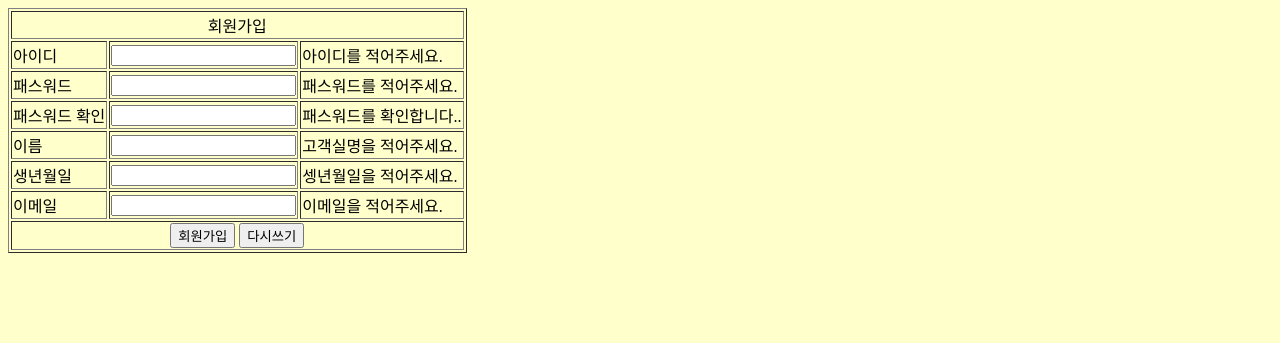
Repository: Chaelin02/2-_JSP
Page: http://localhost/BasicJSP/jdbc07/member_2312.jsp
These files come from the project's save history. The page is drawn as it stood at one moment and after the next save; the edit follows.
The browser window is 1280 px wide. The pictures show the whole page.
The page is served by Tomcat 9. Other server files are loaded and not shown.

Above is the page before, as saved 2019-06-24 01:59:14.

### BasicJSP/WebContent/jdbc07/member_2312.jsp
<%@ page language="java" contentType="text/html; charset=UTF-8"
    pageEncoding="UTF-8"%>
<!DOCTYPE html>
<html>
<head>
<meta charset="UTF-8">
<title>Insert title here</title>
</head>
<body bgcolor="#ffffcc">
	<form method="post" action=memberPro.jsp>
<table border='1'>
	<tr width=300>
	<td colspan=3>
	<center>
		회원가입
	</center>
	</td>
	<tr>
		<td>아이디</td>
		<td><input type="text"  name="id"></td>
		<td>아이디를 적어주세요.</td>
	</tr>
	<tr>
		<td>패스워드 </td>
		<td><input type="password" name="password"></td>
		<td>패스워드를 적어주세요.</td>
	</tr>
	<tr>
		<td>패스워드 확인</td>
		<td><input type="password" width=10 name="password_OK"></td>
		<td>패스워드를 확인합니다..</td>
	</tr>
	<tr>
		<td>이름</td>
		<td> <input type="text" name="name"></td>
		<td>고객실명을 적어주세요.</td>
	</tr>
	<tr>
		<td>생년월일</td>
		<td><input type="text" name="birthday"></td>
		<td>셍년월일을 적어주세요.</td>
	</tr>
	<tr>
		<td>이메일 </td>
		<td><input type="text" name="email"></td>
		<td>이메일을 적어주세요.</td>
	</tr>
<tr width=300>
	<td colspan=3>
	<center>
		<input type = "submit" value="회원가입">
		<input type = "reset" value="다시쓰기">
	</center>
	</td>

</table>

</body>
</html>

After the next save:
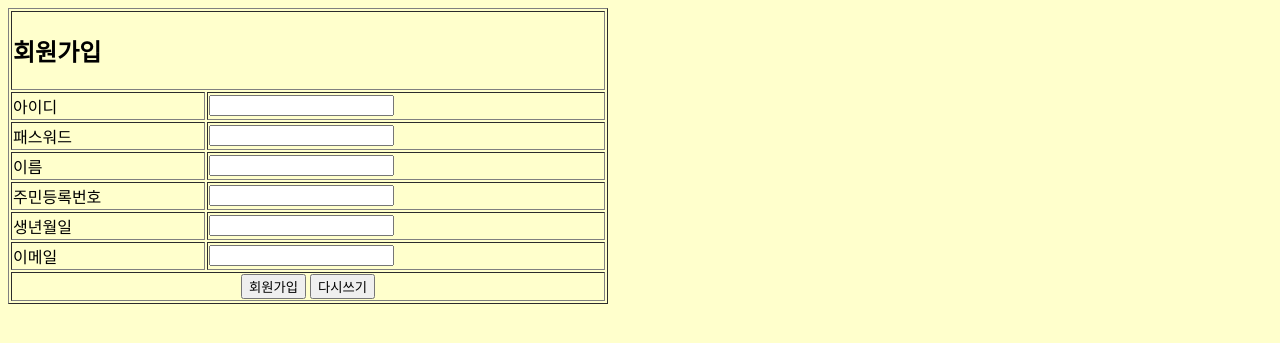
Saved 108 s later.
--- a/BasicJSP/WebContent/jdbc07/member_2312.jsp
+++ b/BasicJSP/WebContent/jdbc07/member_2312.jsp
@@ -7,43 +7,39 @@
 <title>Insert title here</title>
 </head>
 <body bgcolor="#ffffcc">
-	<form method="post" action=memberPro.jsp>
-<table border='1'>
-	<tr width=300>
-	<td colspan=3>
-	<center>
-		회원가입
-	</center>
+<table border='1' width=600>
+	<td colspan=2>
+		<h2>회원가입</h2>
 	</td>
 	<tr>
 		<td>아이디</td>
-		<td><input type="text"  name="id"></td>
-		<td>아이디를 적어주세요.</td>
+		<td><input type="text"  name="id" width="20%"></td>
+
 	</tr>
 	<tr>
 		<td>패스워드 </td>
 		<td><input type="password" name="password"></td>
-		<td>패스워드를 적어주세요.</td>
-	</tr>
-	<tr>
-		<td>패스워드 확인</td>
-		<td><input type="password" width=10 name="password_OK"></td>
-		<td>패스워드를 확인합니다..</td>
+
 	</tr>
 	<tr>
 		<td>이름</td>
 		<td> <input type="text" name="name"></td>
-		<td>고객실명을 적어주세요.</td>
+
+	</tr>
+	<tr>
+		<td>주민등록번호</td>
+		<td><input type="text" name=""></td>
+
 	</tr>
 	<tr>
 		<td>생년월일</td>
 		<td><input type="text" name="birthday"></td>
-		<td>셍년월일을 적어주세요.</td>
+
 	</tr>
 	<tr>
 		<td>이메일 </td>
 		<td><input type="text" name="email"></td>
-		<td>이메일을 적어주세요.</td>
+
 	</tr>
 <tr width=300>
 	<td colspan=3>
